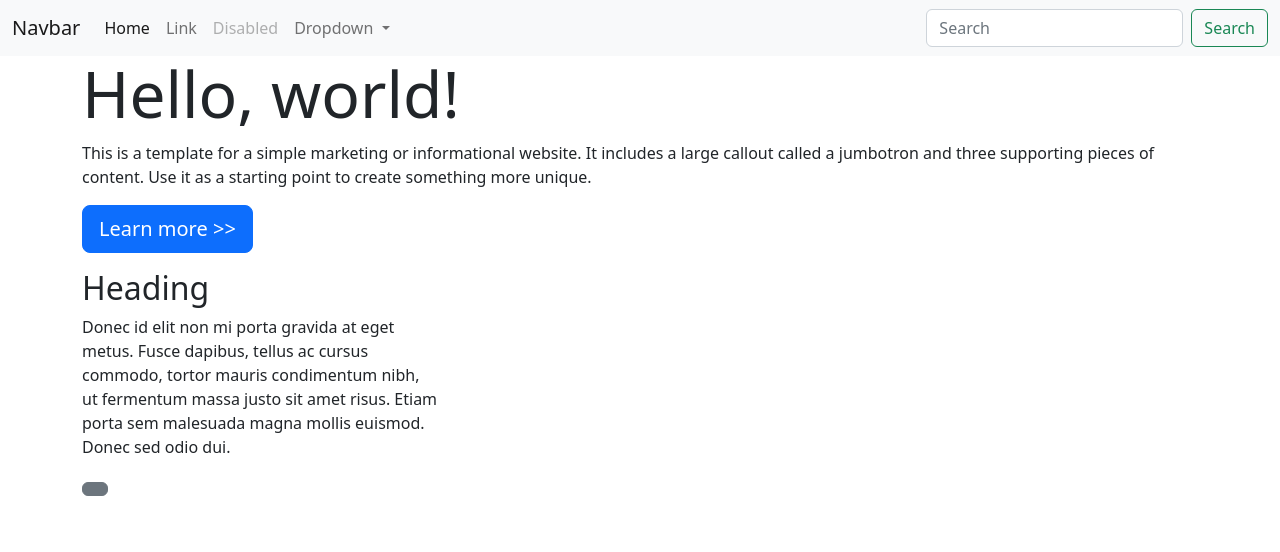
Repository: trongtamdev/lession1_html_sleepcloud
Page: jumbotron.html
The author's editor kept a copy of each file at every save. The page is drawn from the files as they stood at one save, then again after the next save.
The browser window is 1280 px wide. The pictures show the whole page.

Above is the page before, as saved 2022-09-10 15:24:54.

### jumbotron.html
<!DOCTYPE html>
<html lang="en">
  <head>
    <meta charset="UTF-8" />
    <meta http-equiv="X-UA-Compatible" content="IE=edge" />
    <meta name="viewport" content="width=device-width, initial-scale=1.0" />
    <title>Jumbotron</title>
    <link href="./styles/bootstrap.css" rel="stylesheet" />
    <script src="https://cdn.jsdelivr.net/npm/bootstrap@5.2.1/dist/js/bootstrap.bundle.min.js"></script>
  </head>
  <body>
    <nav class="navbar navbar-expand-lg bg-light">
      <div class="container-fluid">
        <a class="navbar-brand" href="#">Navbar</a>
        <button
          class="navbar-toggler"
          type="button"
          data-bs-toggle="collapse"
          data-bs-target="#navbarSupportedContent"
          aria-controls="navbarSupportedContent"
          aria-expanded="false"
          aria-label="Toggle navigation"
        >
          <span class="navbar-toggler-icon"></span>
        </button>
        <div class="collapse navbar-collapse" id="navbarSupportedContent">
          <ul class="navbar-nav me-auto mb-2 mb-lg-0">
            <li class="nav-item">
              <a class="nav-link active" aria-current="page" href="#">Home</a>
            </li>
            <li class="nav-item">
              <a class="nav-link" href="#">Link</a>
            </li>
            <li class="nav-item">
              <a class="nav-link disabled">Disabled</a>
            </li>
            <li class="nav-item dropdown">
              <a
                class="nav-link dropdown-toggle"
                href="#"
                role="button"
                data-bs-toggle="dropdown"
                aria-expanded="false"
              >
                Dropdown
              </a>
              <ul class="dropdown-menu">
                <li><a class="dropdown-item" href="#">Action</a></li>
                <li><a class="dropdown-item" href="#">Another action</a></li>
                <li><hr class="dropdown-divider" /></li>
                <li>
                  <a class="dropdown-item" href="#">Something else here</a>
                </li>
              </ul>
            </li>
          </ul>
          <form class="d-flex" role="search">
            <input
              class="form-control me-2"
              type="search"
              placeholder="Search"
              aria-label="Search"
            />
            <button class="btn btn-outline-success" type="submit">
              Search
            </button>
          </form>
        </div>
      </div>
    </nav>

    <main>
      <div class="jumbotron">
        <div class="container">
          <h1 class="display-3">Hello, world!</h1>
          <p>
            This is a template for a simple marketing or informational website.
            It includes a large callout called a jumbotron and three supporting
            pieces of content. Use it as a starting point to create something
            more unique.
          </p>
          <p><a class="btn btn-primary btn-lg" href="#">Learn more >></a></p>
        </div>
      </div>

      <div class="container">
        <div class="row">
          <div class="col-md-4">
            <h2>Heading</h2>
            <p>
              Donec id elit non mi porta gravida at eget metus. Fusce dapibus,
              tellus ac cursus commodo, tortor mauris condimentum nibh, ut
              fermentum massa justo sit amet risus. Etiam porta sem malesuada
              magna mollis euismod. Donec sed odio dui.
            </p>
            <p><a class="btn btn-secondary" href="#" role="button"></a></p>
          </div>
        </div>
      </div>
    </main>
  </body>
</html>

Loaded but not shown: styles/bootstrap.css (library)

After the next save:
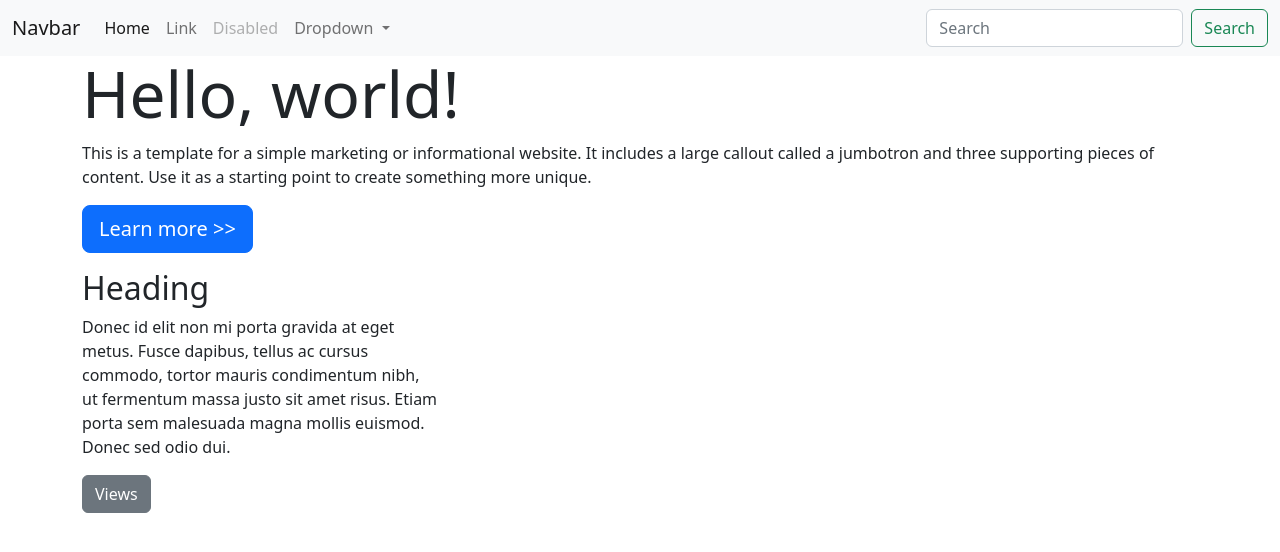
Saved 5 s later.
--- a/jumbotron.html
+++ b/jumbotron.html
@@ -93,7 +93,7 @@
               fermentum massa justo sit amet risus. Etiam porta sem malesuada
               magna mollis euismod. Donec sed odio dui.
             </p>
-            <p><a class="btn btn-secondary" href="#" role="button"></a></p>
+            <p><a class="btn btn-secondary" href="#" role="button">Views</a></p>
           </div>
         </div>
       </div>
